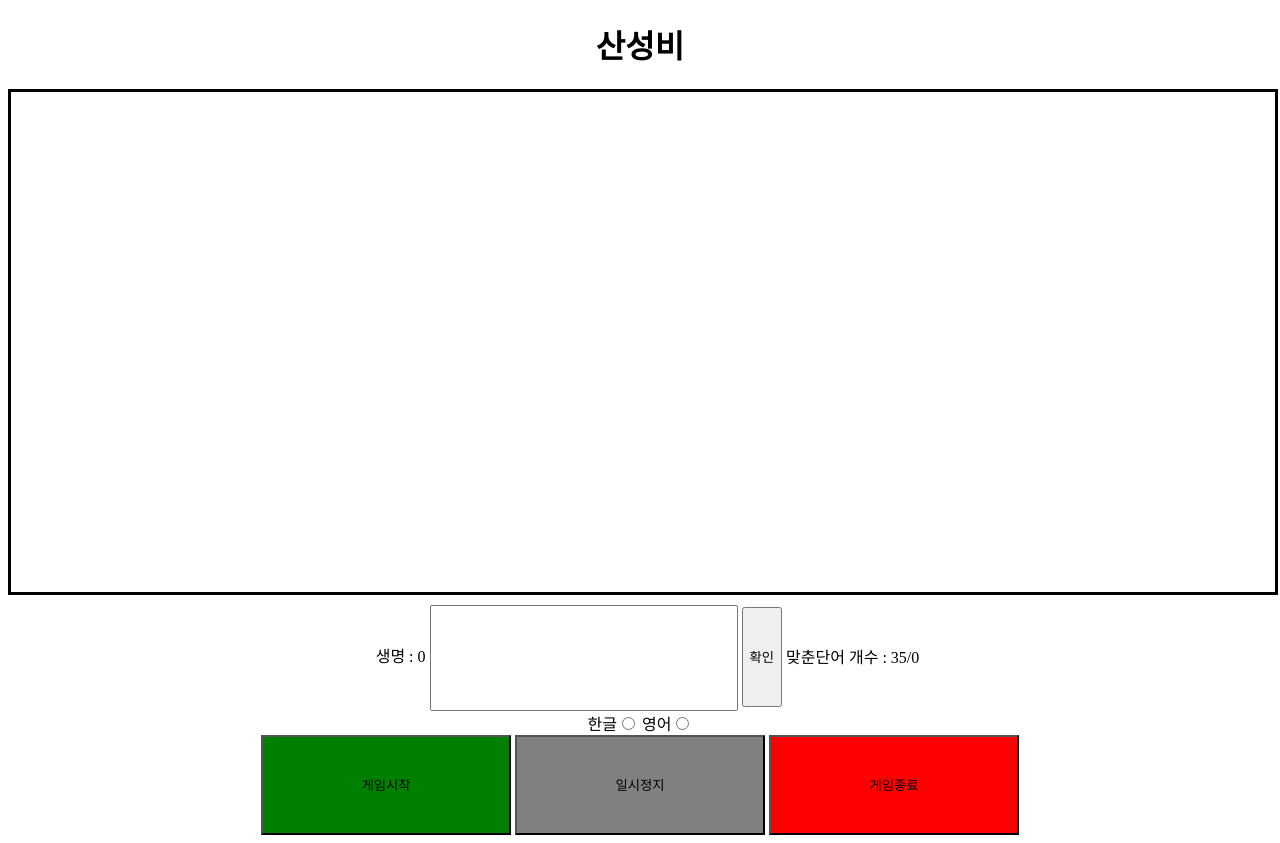
Repository: yuj1818/Hustar_JavaScript
Page: edu/edu/view/js_edu/sanseongbee.html
These files come from the project's save history. The page is drawn as it stood at one moment and after the next save; the edit follows.
The browser window is 1280 px wide. The pictures show the whole page.

Above is the page before, as saved 2022-06-02 04:47:03.

After the next save:
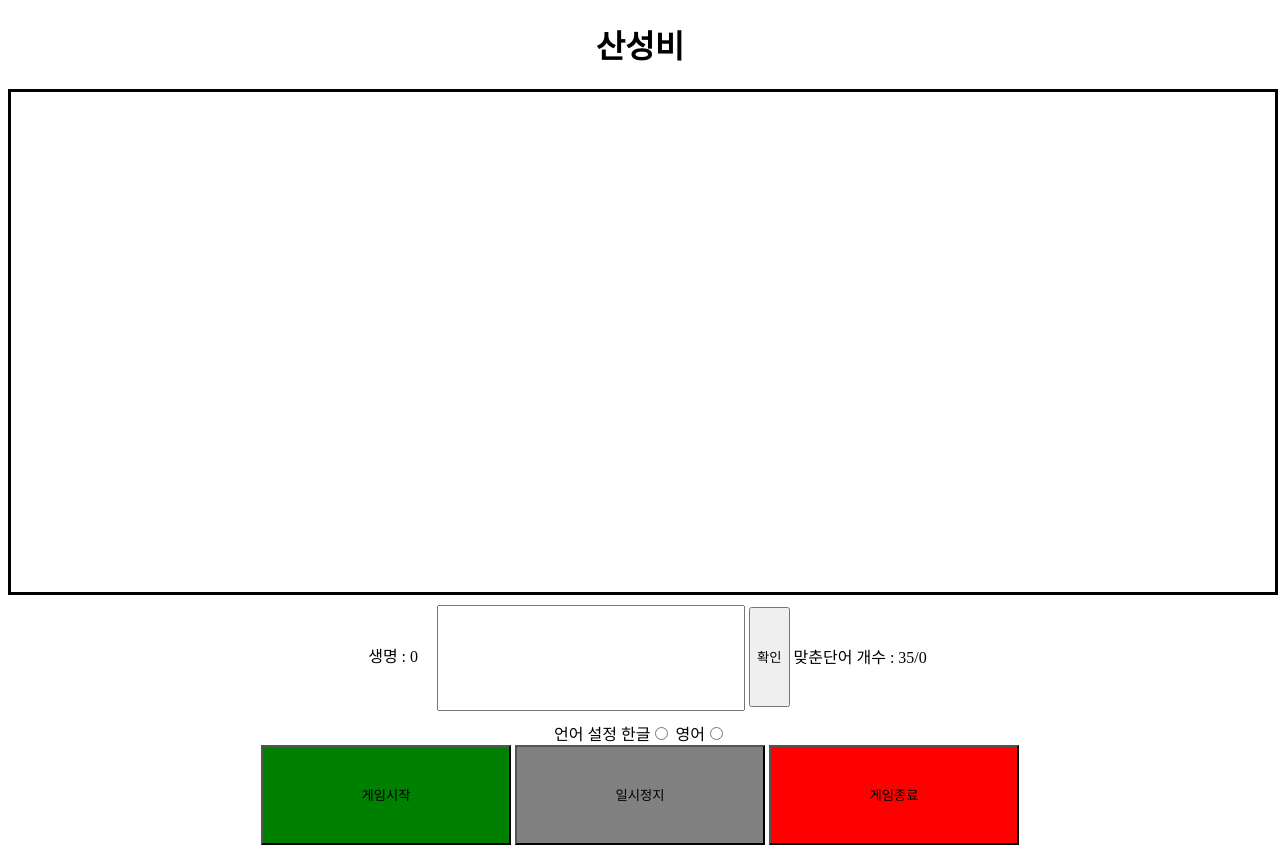
Saved 109 s later.
--- a/edu/edu/view/js_edu/sanseongbee.html
+++ b/edu/edu/view/js_edu/sanseongbee.html
@@ -51,7 +51,7 @@
 				생명 : 0
 			</span>
 
-			<span>
+			<span style="margin-left: 15px;">
 				<input id="answer" type="text"/>
 				<button id="answer_submit">확인</button>
 			</span>
@@ -61,7 +61,8 @@
 			</span>
 		</div>
 
-		<div class="text_center">
+		<div class="text_center" style="margin-top: 10px;">
+			언어 설정
 			<label for="korean">한글</label><input id="korean" name="lan_type" type="radio"/>
 			<label for="english">영어</label><input id="english" name="lan_type" type="radio"/>
 		</div>
